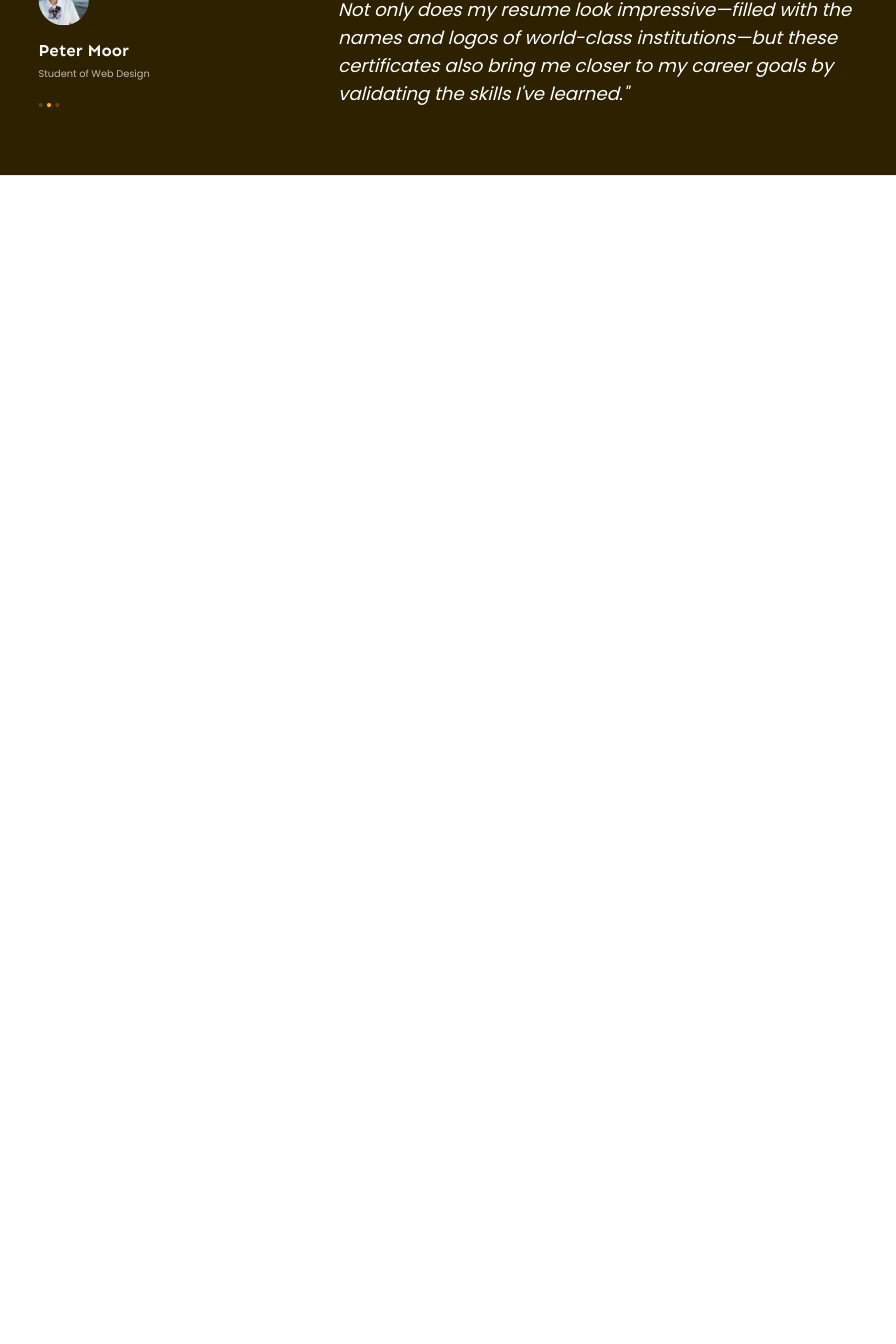
Repository: empty24062002/f8-htmlcss-02-pratice
Page: index.html
The author's editor kept a copy of each file at every save. The page is drawn from the files as they stood at one save, then again after the next save.
The browser window is 1280 px wide. The pictures show the part of the page from y = 2053 to 3973 px (the page is 5187 px tall), at 70% of full size.
A picture or video elsewhere on the page could not be fetched, so the positions and the page height are approximate.

Above is the page before, as saved 2023-07-20 08:11:15.

### index.html
<!DOCTYPE html>
<html lang="en">
    <head>
        <meta charset="UTF-8" />
        <meta name="viewport" content="width=device-width, initial-scale=1.0" />
        <title>F8 Project 02 Practice</title>
        <!-- Reset CSS -->
        <link rel="stylesheet" href="./assets/css/reset.css" />
        <!-- Embed font -->
        <link rel="preconnect" href="https://fonts.googleapis.com" />
        <link rel="preconnect" href="https://fonts.gstatic.com" crossorigin />
        <link
            href="https://fonts.googleapis.com/css2?family=Poppins:wght@400;500;600;700&family=Sen:wght@700&display=swap"
            rel="stylesheet"
        />
        <link rel="stylesheet" href="./assets/css/styles.css" />
    </head>
    <body>
        <!-- Header -->
        <header class="header fixed">
            <div class="main-content">
                <div class="body">
                    <img
                        src="./assets/img/logo.svg"
                        alt="lesson."
                        class="logo"
                    />
                    <!-- nav -->
                    <nav class="nav">
                        <ul>
                            <li class="active">
                                <a href="#!">Home</a>
                            </li>
                            <li>
                                <a href="#!">Courses</a>
                            </li>
                            <li>
                                <a href="#!">Pricing</a>
                            </li>
                            <li>
                                <a href="#!">Reviews</a>
                            </li>
                        </ul>
                    </nav>
                    <!-- Action -->
                    <div class="action">
                        <a href="#!" class="btn sign-up-btn">Sign Up</a>
                    </div>
                </div>
            </div>
        </header>
        <main style="height: 5000px">
            <!-- hero -->
            <div class="hero">
                <div class="main-content">
                    <div class="hero-body">
                        <!-- Hero left -->
                        <div class="media-block">
                            <img
                                src="./assets/img/hero-media.jpg"
                                alt="Learn without limits and spread knowledge."
                                class="img"
                            />
                            <div class="hero-summary">
                                <!-- Item 1 -->
                                <div class="item">
                                    <div class="icon">
                                        <img
                                            src="./assets/icons/icon1.svg"
                                            alt=""
                                        />
                                    </div>
                                    <div class="info">
                                        <p class="lable">20 Courses</p>
                                        <p class="title">UI/UX Design</p>
                                    </div>
                                </div>
                                <!-- Item 2 -->
                                <div class="item">
                                    <div class="icon">
                                        <img
                                            src="./assets/icons/icon2.svg"
                                            alt=""
                                        />
                                    </div>
                                    <div class="info">
                                        <p class="lable">20 Courses</p>
                                        <p class="title">Development</p>
                                    </div>
                                </div>
                                <!-- Item 3 -->
                                <div class="item">
                                    <div class="icon">
                                        <img
                                            src="./assets/icons/icon 3.svg"
                                            alt=""
                                        />
                                    </div>
                                    <div class="info">
                                        <p class="lable">30 Courses</p>
                                        <p class="title">Marketing</p>
                                    </div>
                                </div>
                            </div>
                        </div>
                        <!-- Hero right -->
                        <div class="content-block">
                            <h1 class="heading lv1">
                                Learn without limits and spread knowledge.
                            </h1>
                            <p class="desc">
                                Build new skills for that “this is my year”
                                feeling with courses, certificates, and degrees
                                from world-class universities and companies.
                            </p>
                            <div class="cta-group">
                                <a href="" class="btn cta-btn">See Courses</a>
                                <button class="watch-video">
                                    <div class="icon">
                                        <img
                                            src="./assets/icons/watch-video.svg"
                                            alt=""
                                        />
                                    </div>
                                    <span>Watch video</span>
                                </button>
                            </div>
                            <p class="desc">Recent engagement</p>
                            <p class="desc stats">
                                <strong>50K</strong> Students
                                <strong>70+</strong> Courses
                            </p>
                        </div>
                    </div>
                </div>
            </div>
            <!-- Popular -->
            <div class="popular">
                <div class="main-content">
                    <div class="popular-top">
                        <div class="info">
                            <h2 class="heading lv2">Our popular courses</h2>
                            <p class="desc">
                                Build new skills with new trendy courses and
                                shine for the next future career.
                            </p>
                        </div>
                        <div class="controls">
                            <button class="control-btn">
                                <svg
                                    width="8"
                                    height="14"
                                    viewBox="0 0 8 14"
                                    fill="none"
                                    xmlns="http://www.w3.org/2000/svg"
                                >
                                    <path
                                        d="M7 1L1 7L7 13"
                                        stroke="currentColor"
                                        stroke-linecap="round"
                                        stroke-linejoin="round"
                                    />
                                </svg>
                            </button>
                            <button class="control-btn">
                                <svg
                                    width="8"
                                    height="14"
                                    viewBox="0 0 8 14"
                                    fill="none"
                                    xmlns="http://www.w3.org/2000/svg"
                                >
                                    <path
                                        d="M1 1L7 7L1 13"
                                        stroke="currentColor"
                                        stroke-linecap="round"
                                        stroke-linejoin="round"
                                    />
                                </svg>
                            </button>
                        </div>
                    </div>
                    <div class="course-list">
                        <!-- Course item 1 -->
                        <div class="course-item">
                            <a href="#!">
                                <img
                                    src="./assets/img/popular-1.jpg"
                                    alt=""
                                    class="thumb"
                                />
                            </a>
                            <div class="info">
                                <div class="head">
                                    <h3 class="title">
                                        <a href="" class="line-clamp break-all"
                                            >Basic web design</a
                                        >
                                    </h3>
                                    <div class="rating">
                                        <img
                                            src="./assets/icons/star.svg"
                                            alt=""
                                            class="star"
                                        />
                                        <span class="value">4.5</span>
                                    </div>
                                </div>
                                <p class="desc line-clamp line-2 break-all">
                                    Get the best course, gain knowledge and
                                    shine for your future career.
                                </p>
                                <div class="foot">
                                    <span class="price"> $120.75 </span>
                                    <a href="#!" class="btn book-btn"
                                        >Book Now</a
                                    >
                                </div>
                            </div>
                        </div>
                        <!-- Course item 2 -->
                        <div class="course-item">
                            <a href="#!">
                                <img
                                    src="./assets/img/popular-2.jpg"
                                    alt=""
                                    class="thumb"
                                />
                            </a>
                            <div class="info">
                                <div class="head">
                                    <h3 class="title">
                                        <a
                                            href="#!"
                                            class="line-clamp break-all"
                                            >UI/UX design</a
                                        >
                                    </h3>
                                    <div class="rating">
                                        <img
                                            src="./assets/icons/star.svg"
                                            alt=""
                                            class="star"
                                        />
                                        <span class="value">4.5</span>
                                    </div>
                                </div>
                                <p class="desc line-clamp line-2 break-all">
                                    Get the best course, gain knowledge and
                                    shine for your future career.
                                </p>
                                <div class="foot">
                                    <span class="price"> $120.75 </span>
                                    <a href="#!" class="btn book-btn"
                                        >Book Now</a
                                    >
                                </div>
                            </div>
                        </div>
                        <!-- Course Item 3 -->
                        <div class="course-item">
                            <a href="#!">
                                <img
                                    src="./assets/img/popular-3.jpg"
                                    alt=""
                                    class="thumb"
                                />
                            </a>
                            <div class="info">
                                <div class="head">
                                    <h3 class="title">
                                        <a
                                            href="#!"
                                            class="line-clamp break-all"
                                            >Basic web design</a
                                        >
                                    </h3>
                                    <div class="rating">
                                        <img
                                            src="./assets/icons/star.svg"
                                            alt=""
                                            class="star"
                                        />
                                        <span class="value">4.5</span>
                                    </div>
                                </div>
                                <p class="desc line-clamp line-2 break-all">
                                    Get the best course, gain knowledge and
                                    shine for your future career.
                                </p>
                                <div class="foot">
                                    <span class="price"> $120.75 </span>
                                    <a href="#!" class="btn book-btn"
                                        >Book Now</a
                                    >
                                </div>
                            </div>
                        </div>
                    </div>
                </div>
            </div>
            <!-- Feedback -->
            <div class="feedback">
                <div class="main-content">
                    <div class="feedback-list">
                        <!-- Item 1 -->
                        <div class="feedback-item">
                            <div class="info">
                                <img
                                    src="./assets/img/avatar.jpg"
                                    alt="Peter Moor"
                                    class="avatar"
                                />
                                <p class="title">Peter Moor</p>
                                <p class="desc">Student of Web Design</p>
                                <div class="dots">
                                    <span class="dot"></span>
                                    <span class="dot active"></span>
                                    <span class="dot"></span>
                                </div>
                            </div>
                            <div class="content">
                                <img
                                    src="./assets/icons/open-blockquote.svg"
                                    alt=""
                                />
                                <blockquote>
                                    Not only does my resume look
                                    impressive—filled with the names and logos
                                    of world-class institutions—but these
                                    certificates also bring me closer to my
                                    career goals by validating the skills I've
                                    learned."
                                </blockquote>
                            </div>
                        </div>
                        <!-- Item 2 -->
                        <div class="feedback-item">
                            <div class="info">
                                <img
                                    src="./assets/img/avatar.jpg"
                                    alt="Peter Moor"
                                    class="avatar"
                                />
                                <p class="title">Peter Moor</p>
                                <p class="desc">Student of Web Design</p>
                                <div class="dots">
                                    <span class="dot"></span>
                                    <span class="dot active"></span>
                                    <span class="dot"></span>
                                </div>
                            </div>
                            <div class="content">
                                <img
                                    src="./assets/icons/open-blockquote.svg"
                                    alt=""
                                />
                                <blockquote>
                                    Not only does my resume look
                                    impressive—filled with the names and logos
                                    of world-class institutions—but these
                                    certificates also bring me closer to my
                                    career goals by validating the skills I've
                                    learned."
                                </blockquote>
                            </div>
                        </div>
                        <!-- Item 3 -->
                        <div class="feedback-item">
                            <div class="info">
                                <img
                                    src="./assets/img/avatar.jpg"
                                    alt="Peter Moor"
                                    class="avatar"
                                />
                                <p class="title">Peter Moor</p>
                                <p class="desc">Student of Web Design</p>
                                <div class="dots">
                                    <span class="dot"></span>
                                    <span class="dot active"></span>
                                    <span class="dot"></span>
                                </div>
                            </div>
                            <div class="content">
                                <img
                                    src="./assets/icons/open-blockquote.svg"
                                    alt=""
                                />
                                <blockquote>
                                    Not only does my resume look
                                    impressive—filled with the names and logos
                                    of world-class institutions—but these
                                    certificates also bring me closer to my
                                    career goals by validating the skills I've
                                    learned."
                                </blockquote>
                            </div>
                        </div>
                    </div>
                </div>
            </div>
        </main>
    </body>
</html>

Loaded but not shown: assets/css/reset.css (common file); assets/css/styles.css (480 lines, source omitted)

After the next save:
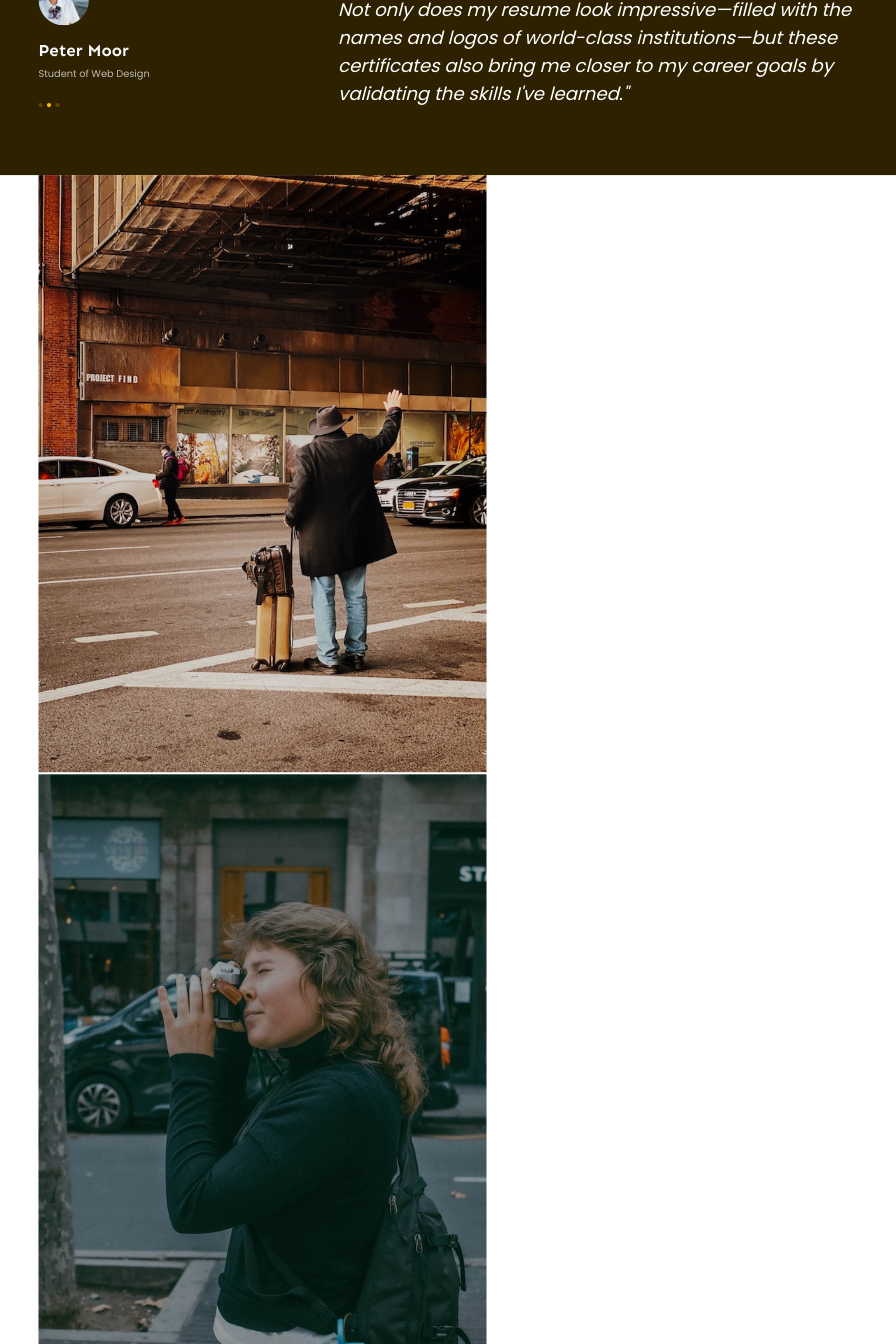
Saved 10 min 10 s later.
--- a/index.html
+++ b/index.html
@@ -399,6 +399,35 @@
                     </div>
                 </div>
             </div>
+            <!-- Features -->
+            <div class="features">
+                <div class="main-content">
+                    <div class="body">
+                        <div class="images">
+                            <img
+                                src="./assets/img/features-1.jpg"
+                                alt="Learner outcomes through our awesome platform"
+                            />
+                            <img
+                                src="./assets/img/features-2.jpg"
+                                alt="Learner outcomes through our awesome platform"
+                            />
+                        </div>
+                        <div class="info">
+                            <h2 class="heading lv2">
+                                Learner outcomes through our awesome platform
+                            </h2>
+                            <p class="desc">
+                                87% of people learning for professional
+                                development report career benefits like getting
+                                a promotion, a raise, or starting a new career.
+                            </p>
+                            <p class="desc">Lesson Impact Report (2022)</p>
+                            <a href="" class="btn">Sign Up</a>
+                        </div>
+                    </div>
+                </div>
+            </div>
         </main>
     </body>
 </html>
